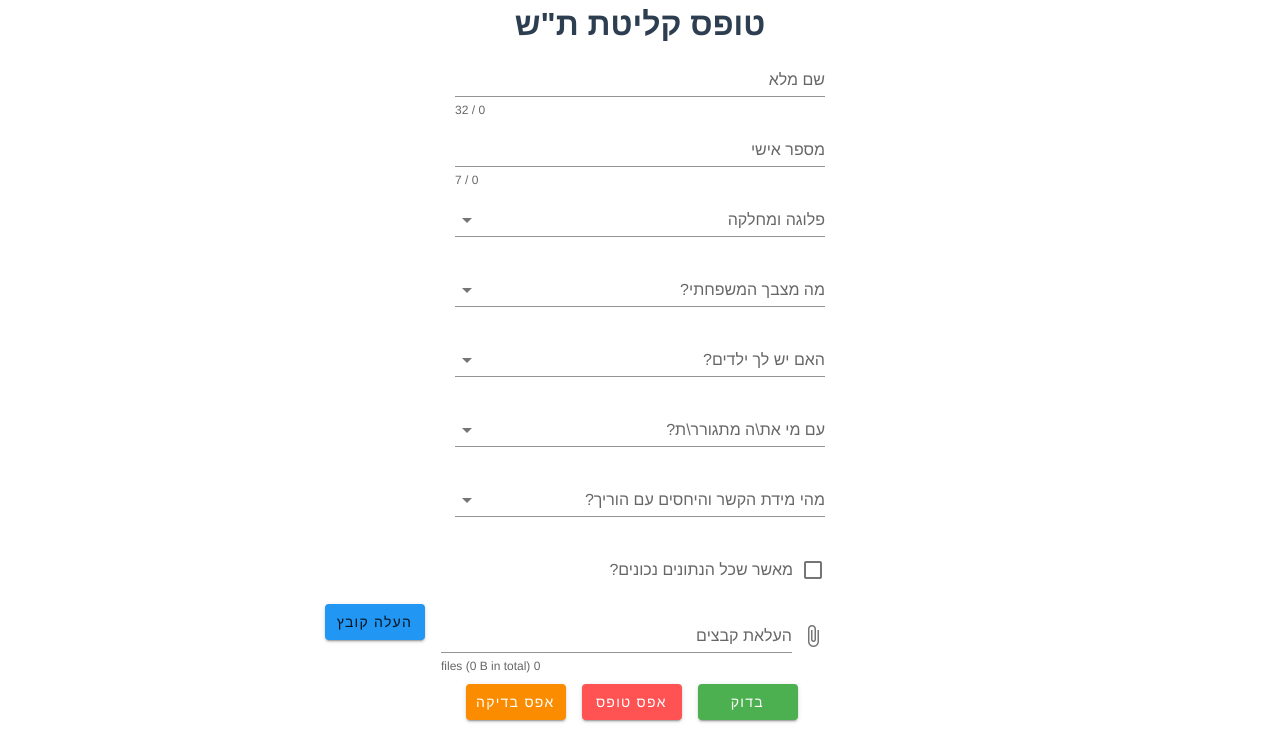
Repository: Natanhel/klitat-tash
Page: /
These files come from the project's save history. The page is drawn as it stood at one moment and after the next save; the edit follows.
The browser window is 1280 px wide. The page is 1280 px wide, then 1285 px, then 1280 px, so the pictures cover 1285 px, including what lies to the right of the window. The pictures show the whole page.
The page's requests for data from a server got no answer. The project was rebuilt for these pictures with package versions that can differ from the ones it lists, and the page was loaded fresh each time. No one was signed in, and anything a server would have sent is missing. Also part of the build but not shown: vue.config.js.

Above is the page before, as saved 2020-12-01 18:01:22.

After the next save:
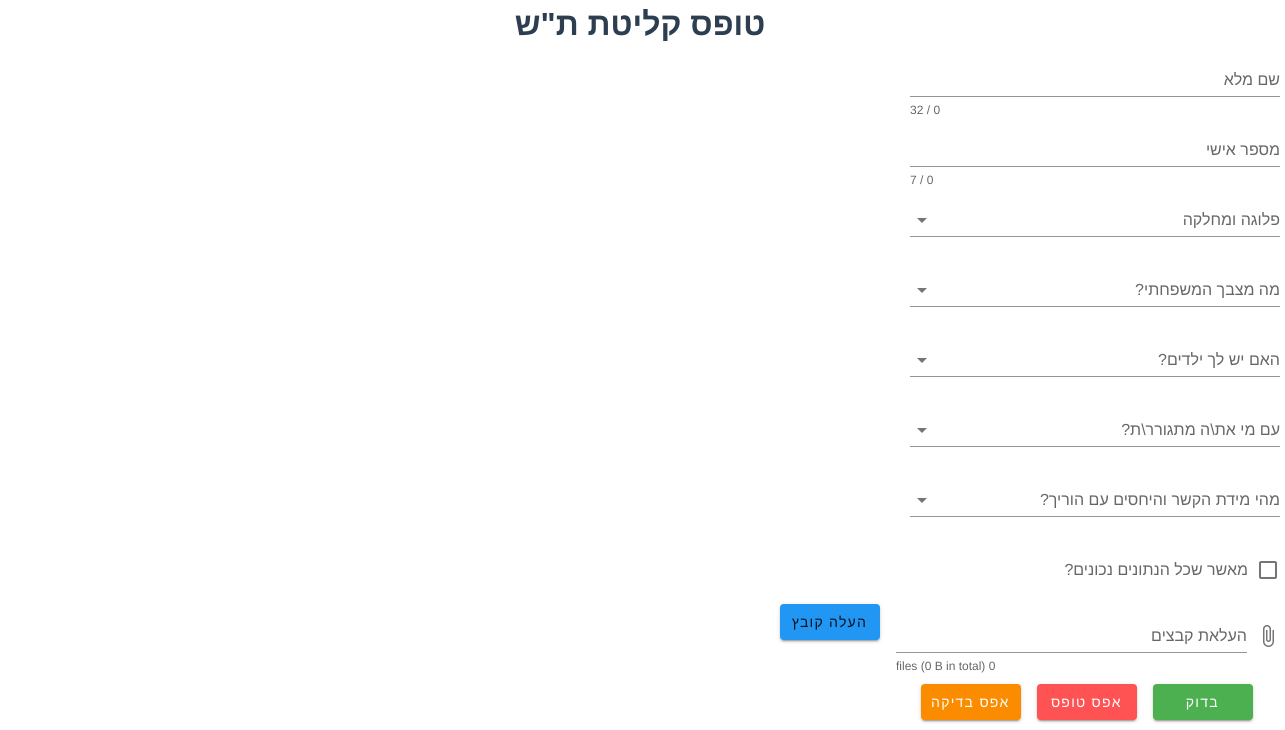
Saved 76 s later.
--- a/src/App.vue
+++ b/src/App.vue
@@ -252,6 +252,7 @@
   display: flex;
   align-items: center;
   justify-content: center;
+  height: 100%; width: 100%;
 }
 
 .v-btn

After the save that followed:
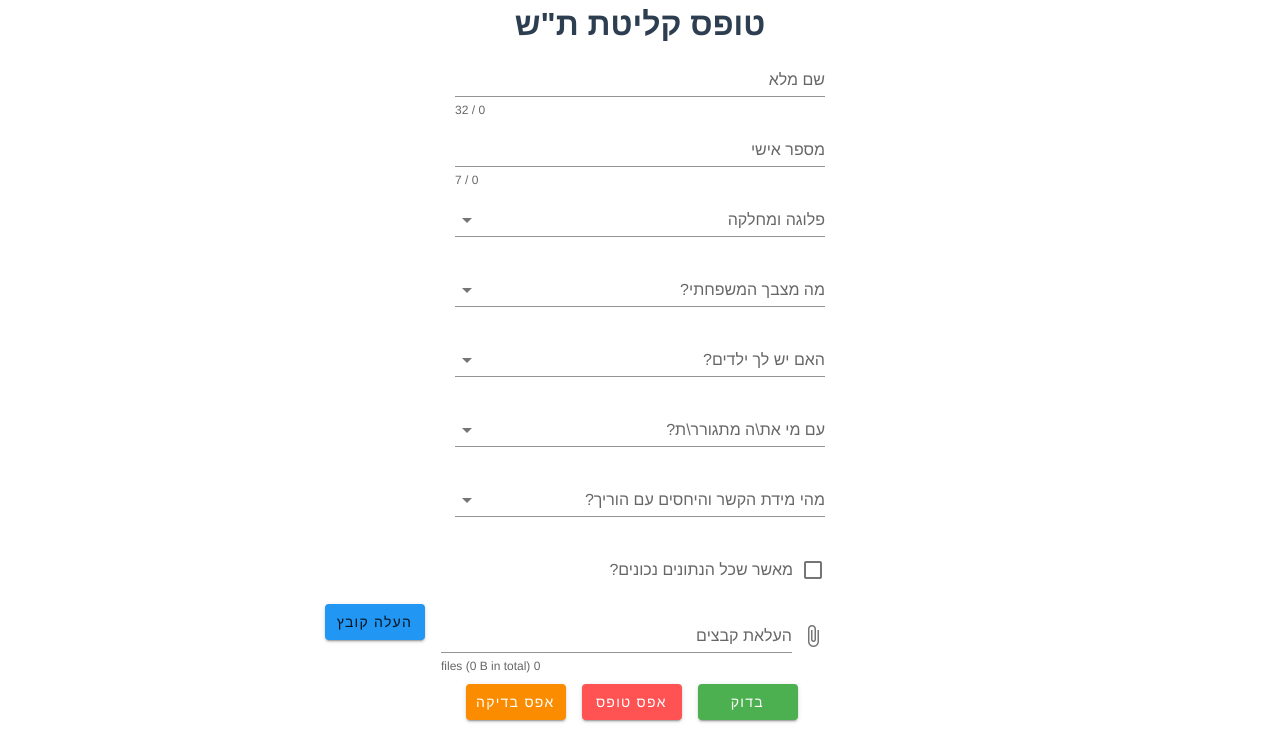
Saved 5 s later.
--- a/src/App.vue
+++ b/src/App.vue
@@ -252,7 +252,6 @@
   display: flex;
   align-items: center;
   justify-content: center;
-  height: 100%; width: 100%;
 }
 
 .v-btn
